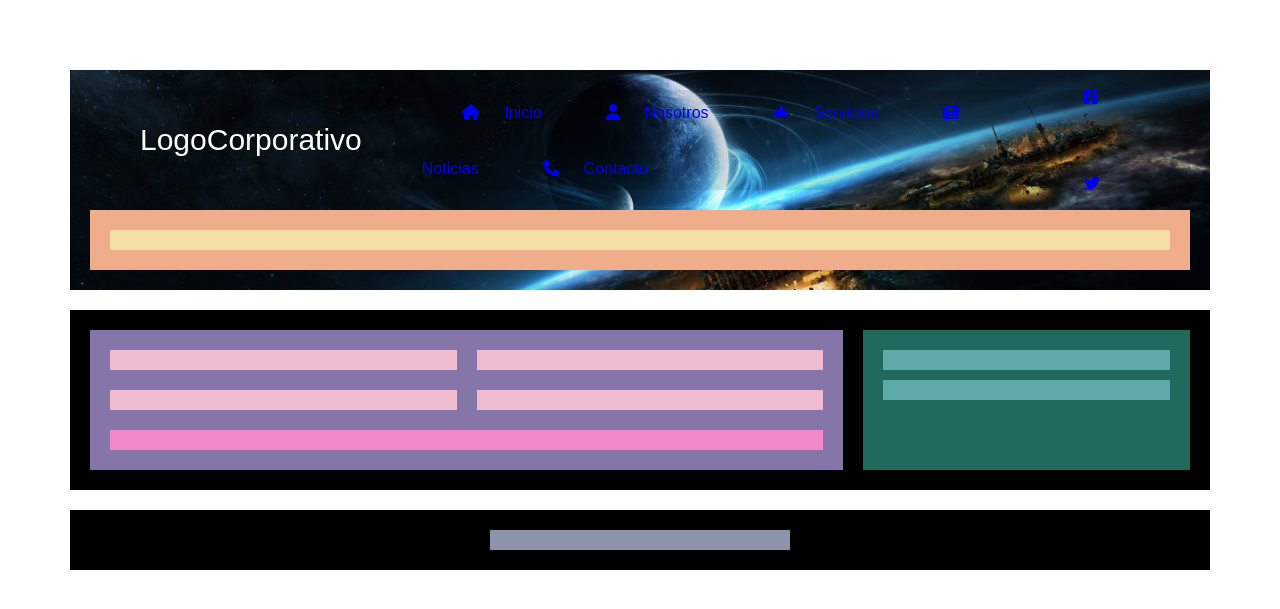
Repository: Aldo-DT/landingGree
Page: 2 CSS/pagina.html
An editor plug-in stored every save of this project. The page is shown before and after the next save, followed by the edit.
The browser window is 1280 px wide. The pictures show the whole page.
Some web libraries are served in a nearby version.

Above is the page before, as saved 2020-09-16 18:35:11.

### 2 CSS/pagina.html
<!DOCTYPE html>
<html lang="es">

<head>
    <meta charset="UTF-8">
    <meta name="viewport" content="width=device-width, initial-scale=1.0">
    <title>Document</title>
    <script src="https://kit.fontawesome.com/aaa9827a81.js" crossorigin="anonymous"></script>
    <link rel="stylesheet" href="css/font-awesome.min.css">
    <link href="https://fonts.googleapis.com/css2?family=Roboto:ital,wght@1,500&display=swap" rel="stylesheet">
    <link rel="stylesheet" href="css/pagina.css">
</head>

<body>
    <div class="padre">
        <header class="header">
            <div class="menu">
                <div class="logo">
                    <a href="index.html">LogoCorporativo</a>
                </div>
                <nav class="nav">
                    <a href="#"><i class="fas fa-home"></i> Inicio</a>
                    <a href="#"><i class="fas fa-user"></i> Nosotros</a>
                    <a href="#"><i class="fas fa-concierge-bell"></i> Servicios</a>
                    <a href="#"><i class="fas fa-newspaper"></i> Noticias</a>
                    <a href="#"><i class="fas fa-phone"></i> Contacto</a>
                </nav>
                <div class="social">
                    <div>
                        <a href="#">
                            <i class="fab fa-facebook-square"></i>
                        </a>
                    </div>
                    <div>
                        <a href="#">
                            <i class="fab fa-twitter"></i>
                        </a>
                    </div>
                </div>
            </div>
            <div class="texto-principal">
                <h1></h1>
            </div>
        </header>
        <section class="section">
            <div class="articulos">
                <article class="article"></article>
                <article class="article"></article>
                <article class="article"></article>
                <article class="article"></article>
                <nav class="navegacion"></nav>
            </div>
            <aside class="aside">
                <div class="publicidad"></div>
                <div class="publicidad"></div>
            </aside>
        </section>
        <footer class="footer">
            <nav class="pie"></nav>
        </footer>
    </div>
</body>

</html>

### 2 CSS/css/pagina.css
* {
    margin: 10px;
    padding: 10px;
    box-sizing: border-box;
}

body {
    font-family: 'Montserrat', sans-serif;
}

a {
    text-decoration: none;
}

.padre {
    display: flex;
    flex-flow: column nowrap;
}

.header {
    background: url(../imagenes/bg-2.jpg);
    background-position: center;
    background-size: cover;
    display: flex;
    flex-flow: column nowrap;
}

.menu {
    background: rgba(0, 0, 0, .1);
    display: flex;
    flex-flow: row nowrap;
    height: 100px;
    align-items: center;
}

.logo {
    flex: 1 1 auto;
}

.logo a {
    color: #fff;
    font-size: 30px;
}

.logo a:hover {
    color: #343434;
}

.nav {
    flex: 5 1 auto;
}

.social {
    flex: 1 1 auto;
}

.texto-principal {
    background: #f0ad8b;
}

h1 {
    background: #f3dea6;
}

.section {
    background: #000;
    display: flex;
}

.articulos {
    background: #8675a9;
    flex: 2 1 auto;
    display: flex;
    flex-flow: row wrap;
}

.article {
    background: #efbbcf;
    flex: 1 1 40%;
}

.navegacion {
    background: #f188c9;
    flex: 1 1 100%;
}

.aside {
    background: #206a5d;
    flex: 1 1 auto;
}

.publicidad {
    background: #5eaaa8;
}

.footer {
    background: #000;
    display: flex;
    justify-content: center;
}

.pie {
    background: #8d93ab;
    width: 300px;
}

@media all and (max-width: 800px) {
    .section {
        flex-direction: column;
    }
    .menu {
        flex-direction: column;
        height: auto;
    }
    .aside {
        display: flex;
        justify-content: center;
    }
}

@media all and (max-width: 600px) {
    .articulos {
        flex-direction: column;
    }
}

@media all and (max-width: 400px) {
    .aside {
        flex-direction: column;
    }
}

Loaded but not shown: 2 CSS/css/font-awesome.min.css (library)

After the next save:
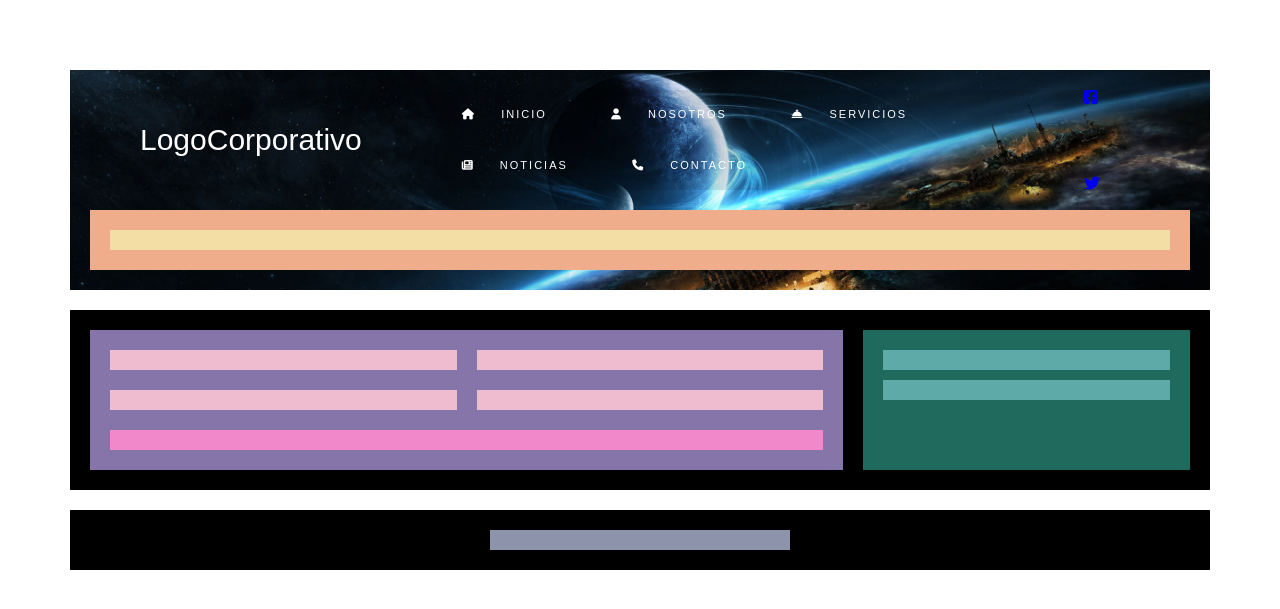
Saved 30 min 53 s later.
--- a/2 CSS/css/pagina.css
+++ b/2 CSS/css/pagina.css
@@ -48,6 +48,14 @@
 
 .nav {
     flex: 5 1 auto;
+}
+
+.nav a {
+    color: #fff;
+    font-size: 11px;
+    text-transform: uppercase;
+    padding: 0 10px;
+    letter-spacing: 2px;
 }
 
 .social {
